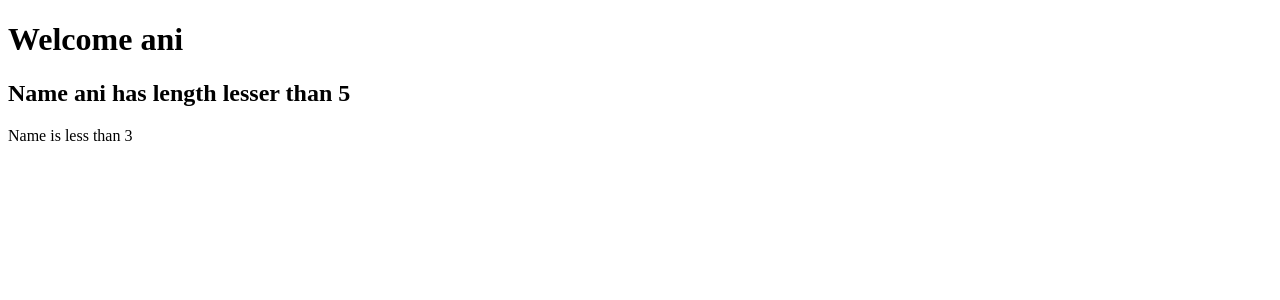
Repository: shivamaninalla/Bank-Application-JSP
Page: http://localhost/04-jstl-tag-demo/jstl_tag_demo.jsp
These files come from the project's save history. The page is drawn as it stood at one moment and after the next save; the edit follows.
The browser window is 1280 px wide. The pictures show the whole page.
The page is served by Tomcat 9.

Above is the page before, as saved 2024-07-15 10:15:13.

After the next save:
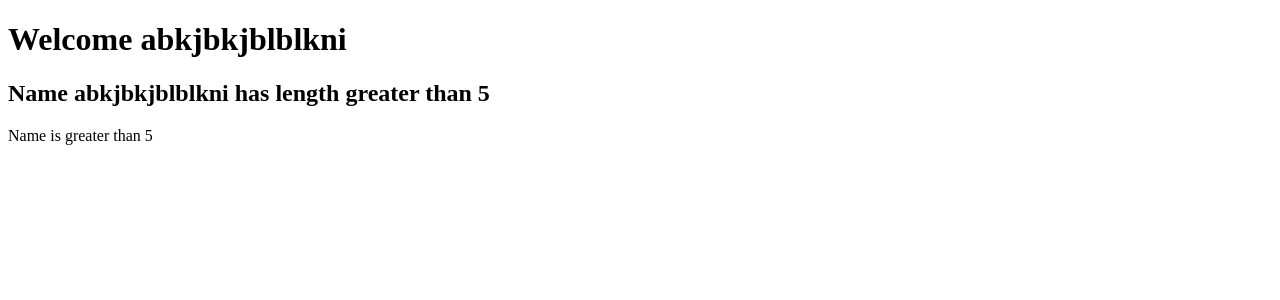
Saved 87 s later.
--- a/04-jstl-tag-demo/WebContent/jstl_tag_demo.jsp
+++ b/04-jstl-tag-demo/WebContent/jstl_tag_demo.jsp
@@ -9,7 +9,7 @@
 <title>Insert title here</title>
 </head>
 <body>
-<c:set var="name" value="ani">
+<c:set var="name" value="abkjbkjblblkni">
 
 </c:set>
 
